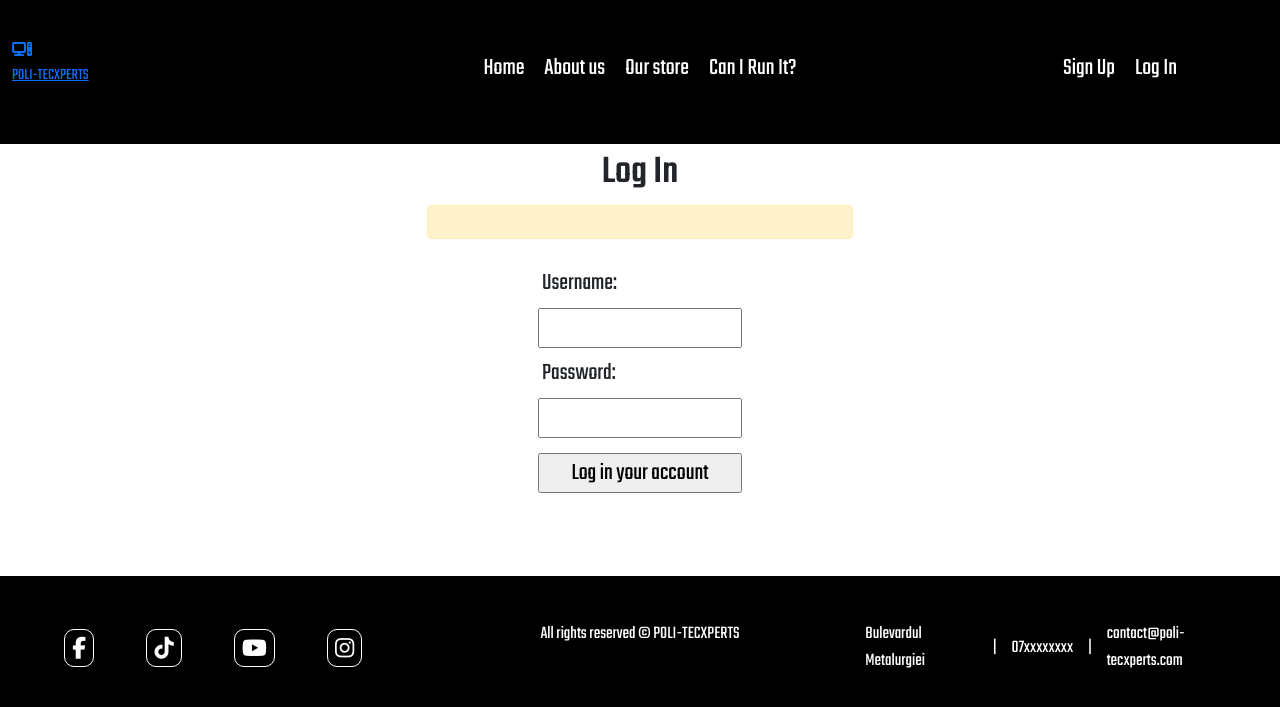
Repository: cristibtz/POLI_TECXPERTS
Page: login/login.html
These files come from the project's save history. The page is drawn as it stood at one moment and after the next save; the edit follows.
The browser window is 1280 px wide. The pictures show the whole page.

Above is the page before, as saved 2024-04-27 18:05:14.

After the next save:
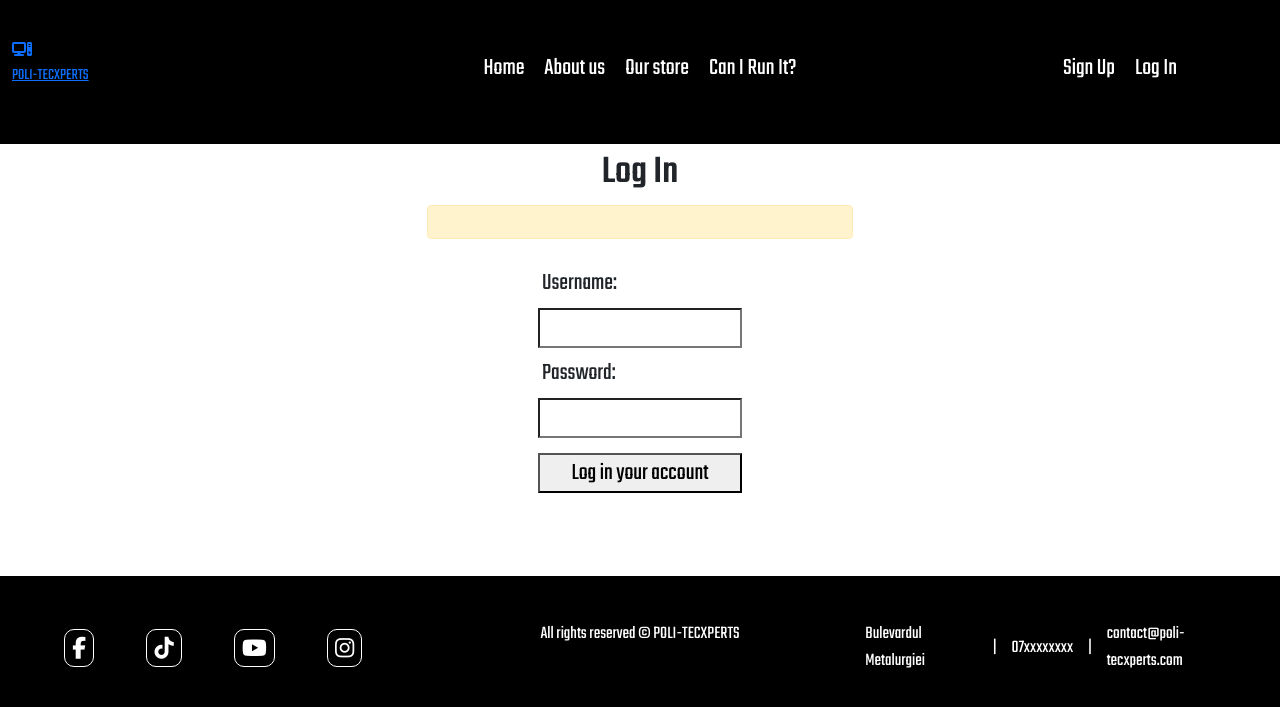
Saved 2 min 58 s later.
--- a/css/forms.css
+++ b/css/forms.css
@@ -4,6 +4,7 @@ form .row input {
     text-align: center;
     font-size: 24px;
     padding: 0;
+    border-radius: 0;
 }
 
 form {
